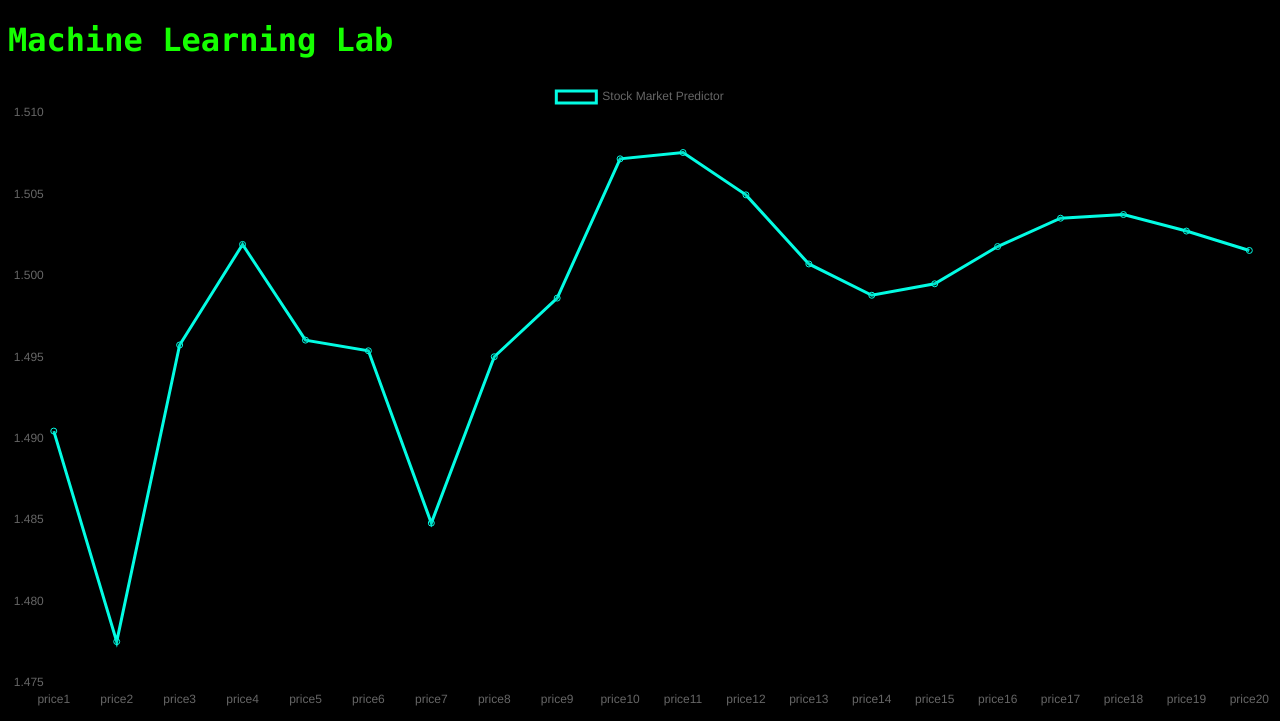
Repository: blackout41/machineLearning
Page: goldIndex.html
The author's editor kept a record of every edit. The page is drawn from the files as they stood at one moment, then again after the next edit.
The browser window is 1280 px wide. The pictures show the whole page.
Some web libraries are served in a nearby version.

Above is the page before.

After the next edit:
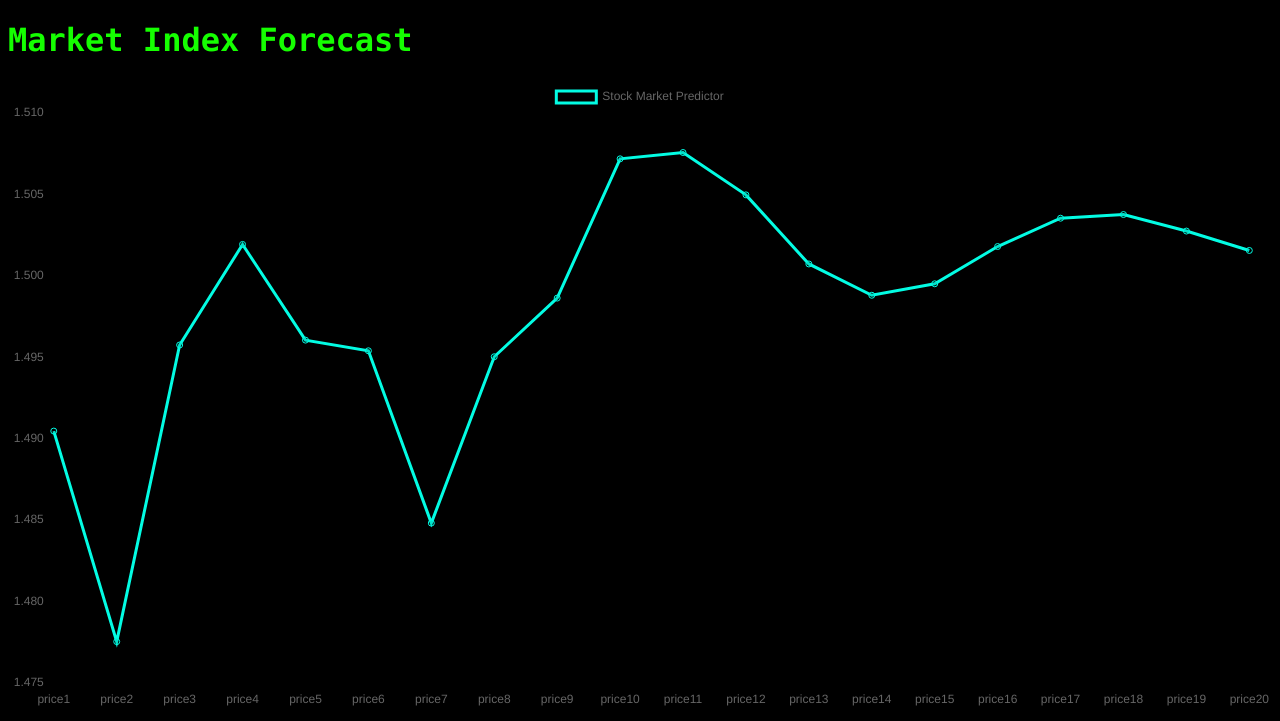
The edit:
--- a/goldIndex.html
+++ b/goldIndex.html
@@ -9,7 +9,7 @@
 </head>
 <body>
 
-        <h1>Machine Learning Lab</h1>
+        <h1>Market Index Forecast</h1>
 
 
         <div id="stock-value1"> </div>
